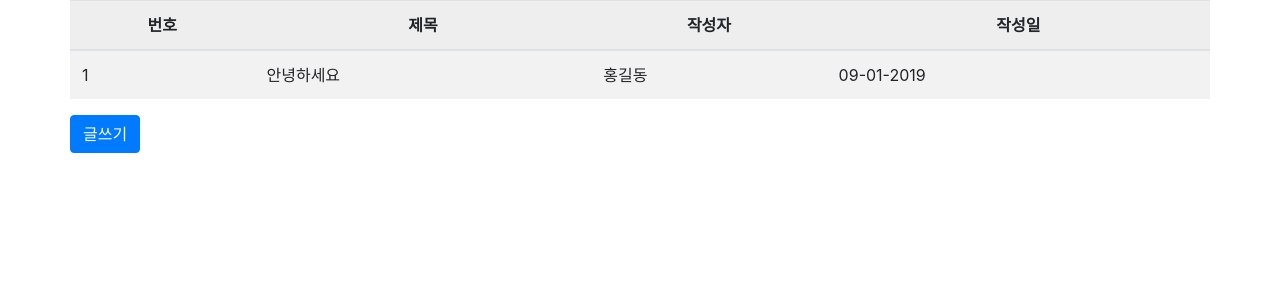
Repository: Munro-L/I-spy-oT__cuHacking-2019
Page: http://localhost/BBS/bbs.jsp
These files come from the project's save history. The page is drawn as it stood at one moment and after the next save; the edit follows.
The browser window is 1280 px wide. The pictures show the whole page.
The page is served by Tomcat 9.

Above is the page before, as saved 2019-02-02 03:53:50.

After the next save:
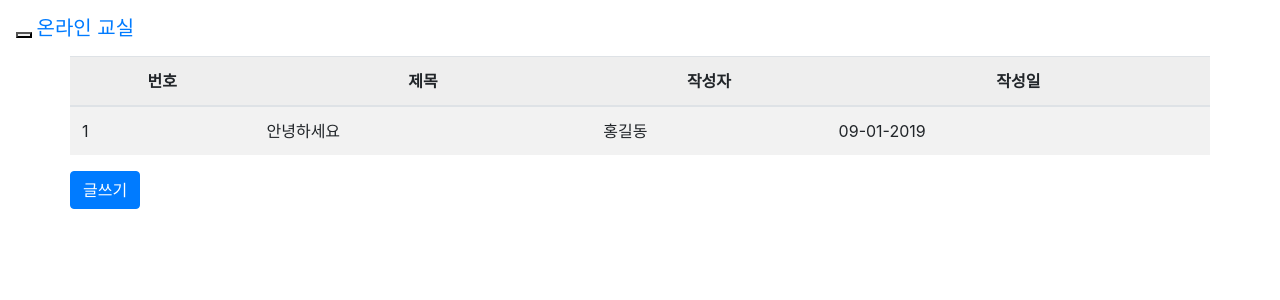
Saved 4 min 20 s later.
--- a/BBS-master/projects/BBS/WebContent/bbs.jsp
+++ b/BBS-master/projects/BBS/WebContent/bbs.jsp
@@ -10,7 +10,25 @@
 		<title>온라인 교실</title>
 	</head>
 	<body>
+		<%
+			String userID = null;
+			if(session.getAttribute("userID")!=null){
+				userID = (String) session.getAttribute("userID");
+			}
 
+		%>
+		<nav class="navbar navbar-default">
+			<div class="navbar-header">
+				<button type="button" class="navbar-toggle collapsed"
+					data-toggle="collapse" data-target="#bs-example-navbar-collapse-1"
+					aria-expanded="false">
+					<span class="icon-bar"></span>
+					<span class="icon-bar"></span>
+					<span class="icon-bar"></span>
+				</button>
+				<a class="navbar-brand" href="main.jsp">온라인 교실</a>
+			</div>
+		</nav>
 
 		<div class="container">
 			<div class="row">
